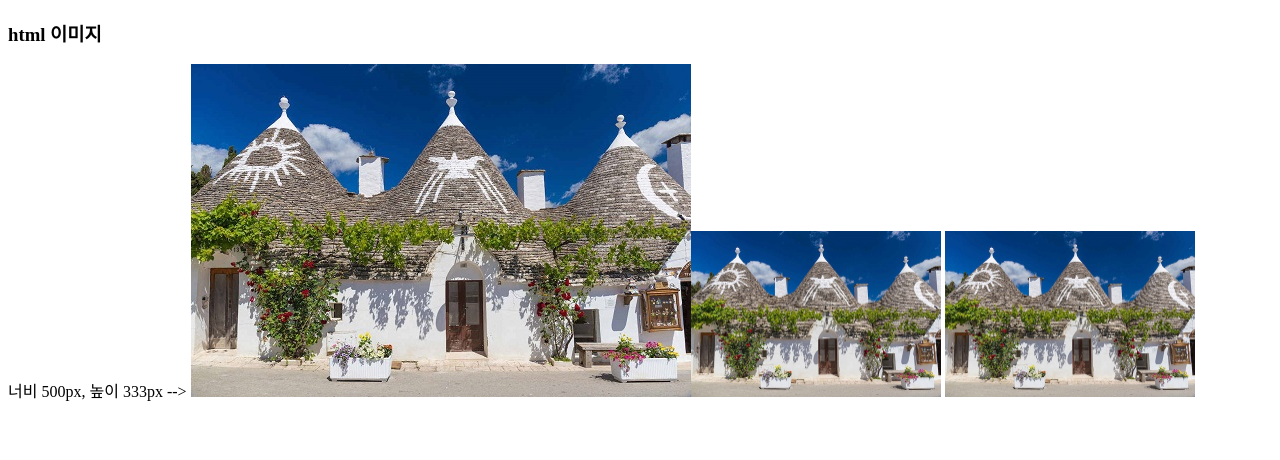
Repository: donggri1/WORKSPACE
Page: WebClass/webPro/src/main/webapp/html/days02/ex11.html
The author's editor kept a copy of each file at every save. The page is drawn from the files as they stood at one save, then again after the next save.
The browser window is 1280 px wide. The pictures show the whole page.

Above is the page before, as saved 2024-03-25 08:25:21.

After the next save:
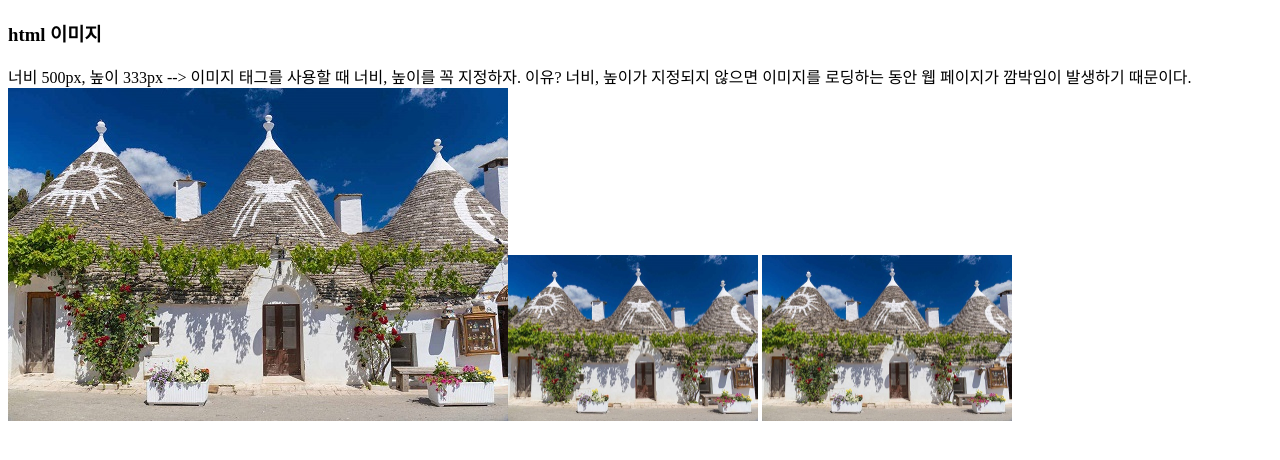
Saved 3 min 40 s later.
--- a/WebClass/webPro/src/main/webapp/html/days02/ex11.html
+++ b/WebClass/webPro/src/main/webapp/html/days02/ex11.html
@@ -17,6 +17,10 @@
 alt= "이미지 대체할 텍스트지정
 -->
 너비 500px, 높이 333px -->
+
+이미지 태그를 사용할 때 너비, 높이를 꼭 지정하자.
+이유? 너비, 높이가 지정되지 않으면 이미지를 로딩하는 동안 웹
+페이지가 깜박임이 발생하기 때문이다.
 <img alt="이탈리안 튤립" src="../images/pic_trulli.jpg"><img alt="이탈리안 튤립" src="../images/pic_trulli.jpg"width="250">
 
 
